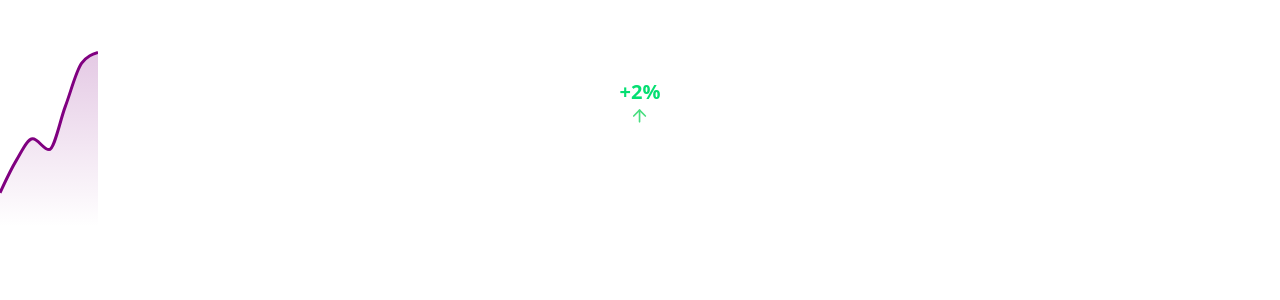
Repository: SharonSebastian32/reacharts
Page: /
The author's editor kept a copy of each file at every save. The page is drawn from the files as they stood at one save, then again after a run of saves.
The browser window is 1280 px wide. The pictures show the whole page.
The project was rebuilt for these pictures with package versions that can differ from the ones it lists, and the page was loaded fresh each time. Also part of the build but not shown: vite.config.js.

Above is the page before, as saved 2025-03-20 22:50:36.

### src/App.jsx
import GrowthGraph from "./Components/CurveGraph";
function App() {
  return (
    <>
      <GrowthGraph />
    </>
  );
}

export default App;

### src/Components/CurveGraph.jsx
import React from 'react';
import { LineChart, Line, XAxis, YAxis, CartesianGrid, ResponsiveContainer, Area, AreaChart } from 'recharts';

const GrowthGraph = () => {
  // Sample data to create the desired curve
  const data = [
    { name: 'Jan', value: 20 },
    { name: 'Feb', value: 35 },
    { name: 'Mar', value: 45 },
    { name: 'Apr', value: 40 },
    { name: 'May', value: 60 },
    { name: 'Jun', value: 80 },
    { name: 'Jul', value: 85 },
  ];

  return (
    <div className="w-full h-64 bg-white relative">
      <ResponsiveContainer width="10%" height="100%">
        <AreaChart
          data={data}
          margin={{ top: 20, right: 30, left: 0, bottom: 20 }}
        >
          <defs>
            <linearGradient id="colorGradient" x1="0" y1="0" x2="0" y2="1">
              <stop offset="5%" stopColor="purple" stopOpacity={0.2} />
              <stop offset="95%" stopColor="purple" stopOpacity={0} />
            </linearGradient>
          </defs>
          <CartesianGrid vertical={false} horizontal={false} />
          <XAxis dataKey="name" hide={true} />
          <YAxis hide={true} />
          <Area
            type="monotone"
            dataKey="value"
            stroke="purple"
            strokeWidth={3}
            fillOpacity={1}
            fill="url(#colorGradient)"
            dot={false}
            activeDot={false}
            isAnimationActive={true}
            animationDuration={1500}
          />
        </AreaChart>
      </ResponsiveContainer>

      {/* Growth indicator */}
      <div className="absolute text-green-400 font-bold text-xl" style={{ left: '50%', top: '40%', transform: 'translate(-50%, -50%)' }}>
        +2%
        <div className="flex justify-center">
          <svg width="20" height="20" viewBox="0 0 24 24" fill="none" xmlns="http://www.w3.org/2000/svg">
            <path d="M12 19L12 5" stroke="#4ade80" strokeWidth="2" strokeLinecap="round" strokeLinejoin="round"/>
            <path d="M5 12L12 5L19 12" stroke="#4ade80" strokeWidth="2" strokeLinecap="round" strokeLinejoin="round"/>
          </svg>
        </div>
      </div>
    </div>
  );
};

export default GrowthGraph;

Loaded but not shown: index.html (common file); src/main.jsx (common file); src/index.css (common file)

After the next 2 saves:
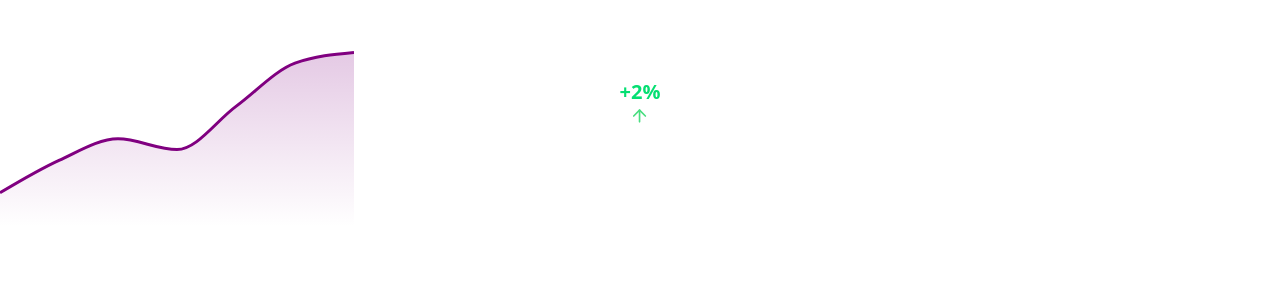
The 2 saves are shown as one change because they came seconds apart.
The last was saved 9 s later.
--- a/src/Components/CurveGraph.jsx
+++ b/src/Components/CurveGraph.jsx
@@ -15,7 +15,7 @@ const GrowthGraph = () => {
 
   return (
     <div className="w-full h-64 bg-white relative">
-      <ResponsiveContainer width="10%" height="100%">
+      <ResponsiveContainer width="30%" height="100%">
         <AreaChart
           data={data}
           margin={{ top: 20, right: 30, left: 0, bottom: 20 }}
